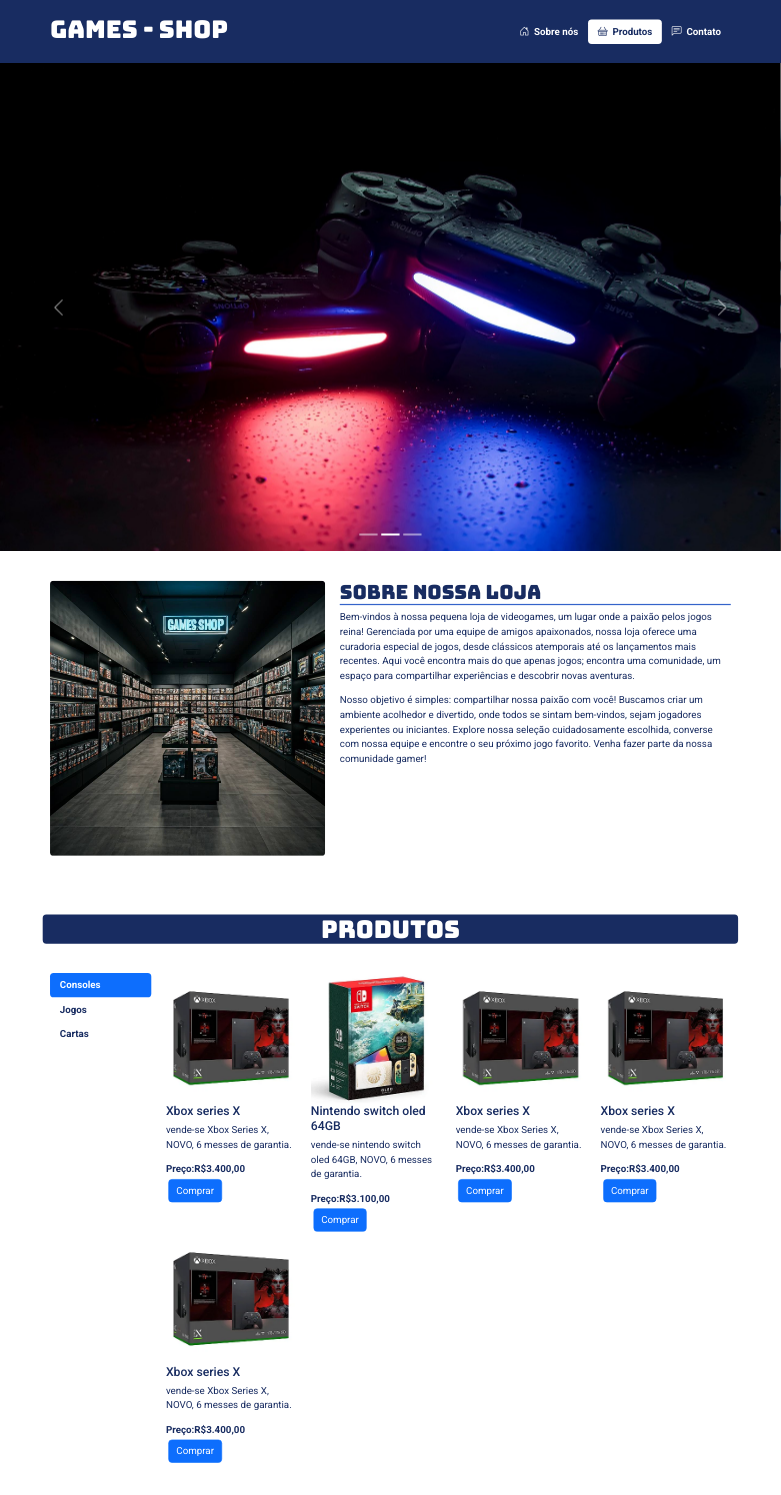
Repository: MatiasBrighent/GamesShop-Bootstrap
Page: index.html
An editor plug-in stored every save of this project. The page is shown before and after the next save, followed by the edit.
The browser window is 1280 px wide. The pictures show the whole page, at 61% of full size.

Above is the page before, as saved 2025-06-20 15:22:02.

After the next save:
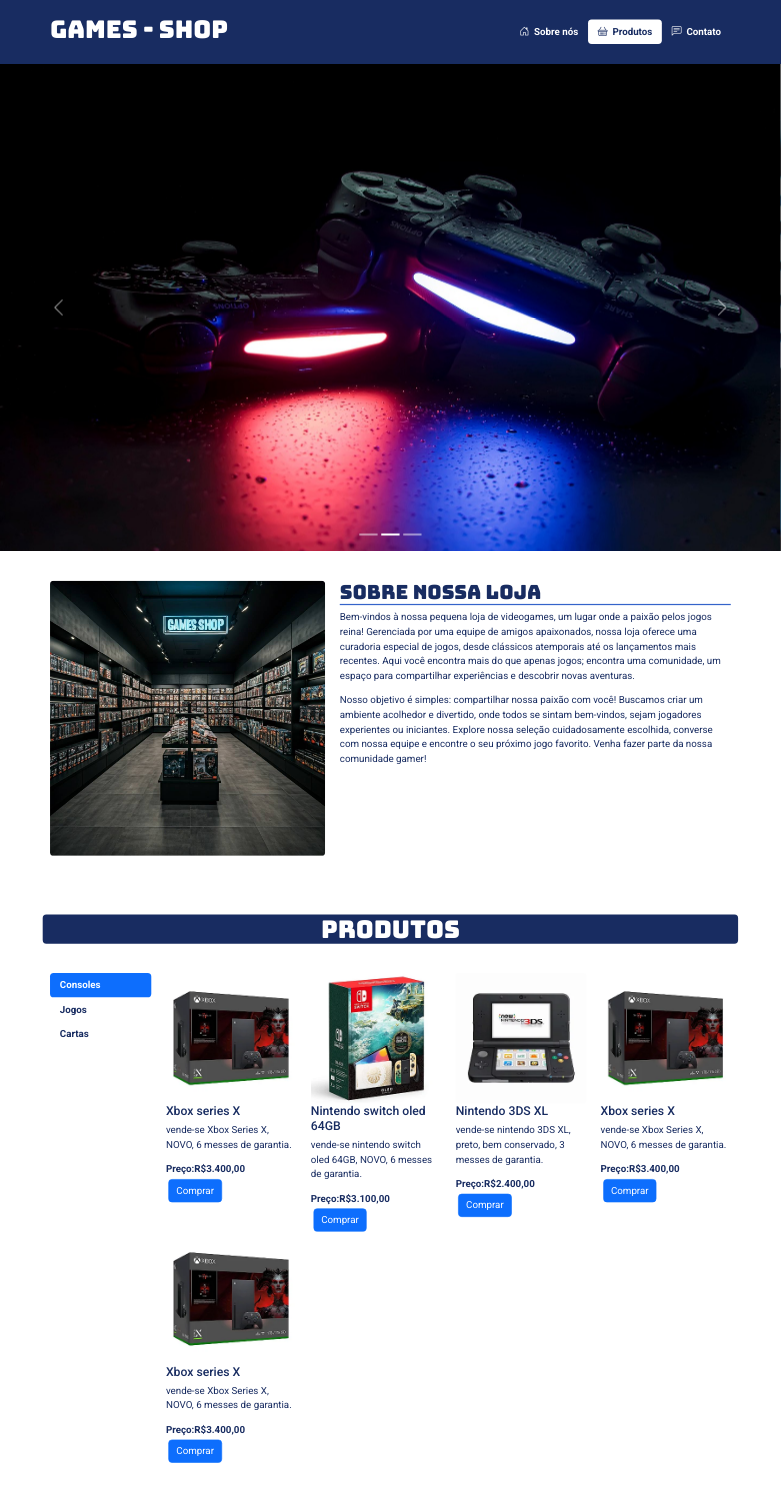
Saved 79 s later.
--- a/index.html
+++ b/index.html
@@ -126,12 +126,12 @@
                                         </div>
                                     </div>
                                     <div class="col-md-3 text-colored">
-                                        <img src="./images/produtos/consoles/Series X.webp" alt="Xbox Series X" class="img-fluid rounded">
-                                        <h5>Xbox series X</h5>
+                                        <img src="./images/produtos/consoles/3DS.webp" alt="Nintendo 3DS XL" class="img-fluid rounded">
+                                        <h5>Nintendo 3DS XL</h5>
                                         <p>
-                                            vende-se Xbox Series X, NOVO, 6 messes de garantia.
+                                            vende-se nintendo 3DS XL, preto, bem conservado, 3 messes de garantia.
                                         </p>
-                                        <strong>Preço:R$3.400,00</strong>
+                                        <strong>Preço:R$2.400,00</strong>
                                         <div class="">
                                             <button type="button" class="btn btn-primary m-1">Comprar</button>
                                         </div>
